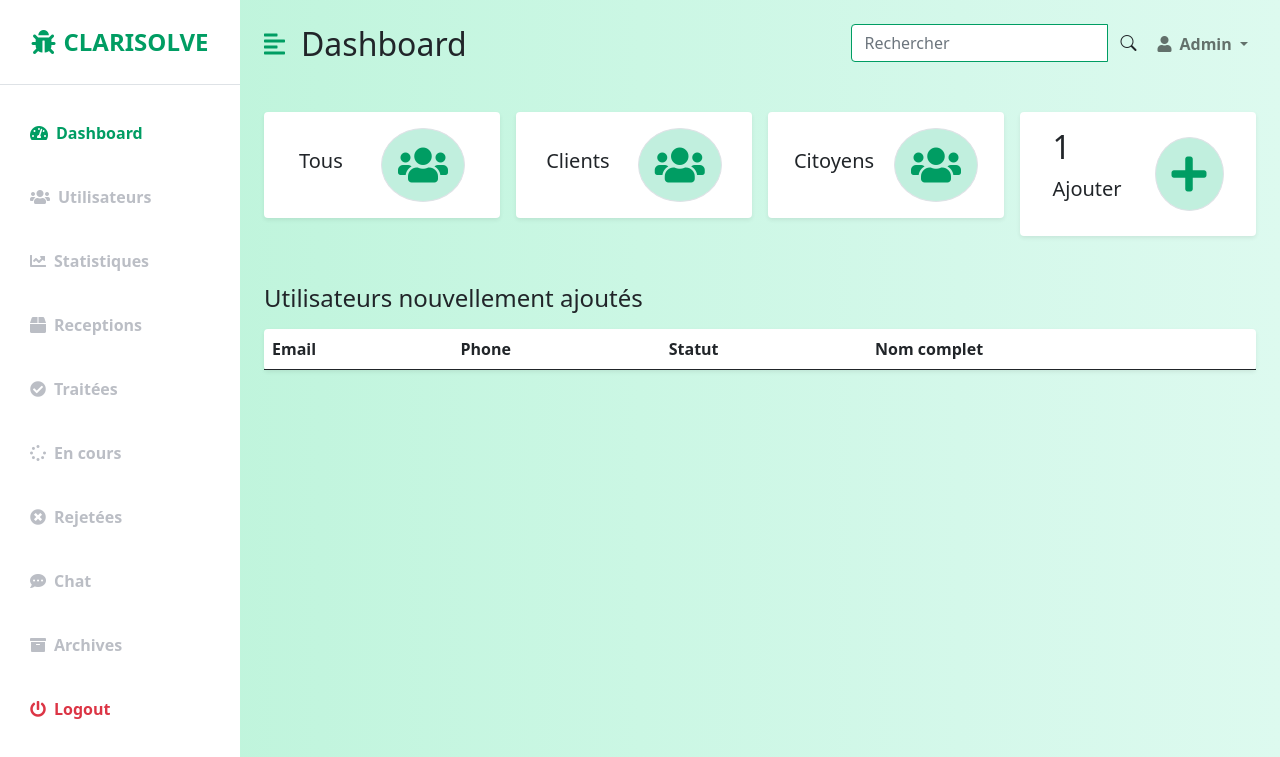
Repository: Senare1/PlaintEasy
Page: accounts/templates/accounts/users.html
These files come from the project's save history. The page is drawn as it stood at one moment and after the next save; the edit follows.
The browser window is 1280 px wide. The pictures show the whole page.
The template is drawn by Django 4.2. The application's start-up code is not run. Other server files are loaded and not shown. The template is opened directly, without the code that normally fills it, so the values that code supplies are empty.

Above is the page before, as saved 2024-07-31 07:02:47.

### accounts/templates/accounts/users.html
{% extends 'accounts/base.html' %}

{% load static %}

{% block title %} ADmin dashboard {% endblock %}
{% block content %}

<div class="container-fluid px-4">
    <div class="row g-3 my-2">
        <div class="col-md-3">
            <a href="{% url 'receiving' %}" class="text-decoration-none link-div">
                <div class="p-3 bg-white shadow-sm d-flex justify-content-around align-items-center rounded">
                    <div>
                        <h3 class="fs-2">{{ nb_total }}</h3>
                        <p class="fs-5">Tous</p>
                    </div>
                    <i class="fas fa-users fs-1 primary-text border rounded-full secondary-bg p-3"></i>
                </div>
            </a>
        </div>

        <div class="col-md-3">
            <a href="{% url 'treated' %}" class="text-decoration-none link-div">
                <div class="p-3 bg-white shadow-sm d-flex justify-content-around align-items-center rounded">
                    <div>
                        <h3 class="fs-2">{{ nb_customer }}</h3>
                        <p class="fs-5">Clients</p>
                    </div>
                    <i
                        class="fas fa-users fs-1 primary-text border rounded-full secondary-bg p-3"></i>
                </div>
            </a>
        </div>

        <div class="col-md-3">
            <a href="{% url 'running' %}" class="text-decoration-none link-div">
                <div class="p-3 bg-white shadow-sm d-flex justify-content-around align-items-center rounded">
                    <div>
                        <h3 class="fs-2">{{ nb_citizen }}</h3>
                        <p class="fs-5">Citoyens</p>
                    </div>
                    <i class="fas fa-users fs-1 primary-text border rounded-full secondary-bg p-3"></i>
                </div>
            </a>
        </div>

        <div class="col-md-3">
            <a href="{% url 'signup_user' %}" class="text-decoration-none link-div">
                <div class="p-3 bg-white shadow-sm d-flex justify-content-around align-items-center rounded">
                    <div>
                        <h3 class="fs-2">1</h3>
                        <p class="fs-5">Ajouter</p>
                    </div>
                    <i class="fas fa-plus fs-1 primary-text border rounded-full secondary-bg p-3"></i>
                </div>
            </a>
        </div>
    </div>

    <div class="row my-5">
        <h3 class="fs-4 mb-3">Utilisateurs nouvellement ajoutés</h3>
        <div class="col">
            <table class="table bg-white rounded shadow-sm  table-hover">
                <thead>
                    <tr>
                        <th scope="col">Email</th>
                        <th scope="col">Phone</th>
                        <th scope="col">Statut</th>
                        <th scope="col">Nom complet</th>
                    </tr>
                </thead>
                <tbody>
                    {% for user in users %}
                    <tr>
                        <th scope="row">{{ user.email }}</th>
                        <td>{{ user.phone }}</td>
                        <td>{{ user.status }}</td>
                        <td>{{ user.full_name }}</td>
                    </tr>
                    {% endfor %}
                </tbody>
            </table>
        </div>
    </div>
</div>
</div>
{% endblock %}

### accounts/templates/accounts/base.html
{% load static %}
<!DOCTYPE html>
<html lang="en">

<head>
    <meta charset="UTF-8" />
    <meta http-equiv="X-UA-Compatible" content="IE=edge" />
    <meta name="viewport" content="width=device-width, initial-scale=1.0" />
    <link href="https://cdn.jsdelivr.net/npm/bootstrap@5.0.0-beta3/dist/css/bootstrap.min.css" rel="stylesheet" />
    <link rel="stylesheet" href="https://cdnjs.cloudflare.com/ajax/libs/bootstrap-icons/1.10.0/font/bootstrap-icons.min.css">
    <link rel="stylesheet" href="https://cdnjs.cloudflare.com/ajax/libs/font-awesome/5.15.3/css/all.min.css" />

    <link rel="stylesheet" href="{% static 'accounts/css/style.css' %}" />
    <title>{% block title %} {% endblock %}</title>
</head>

<body>
    <div class="d-flex" id="wrapper">
        <!-- Sidebar -->
        <div class="bg-white" id="sidebar-wrapper">
            <div class="sidebar-heading text-center py-4 primary-text fs-4 fw-bold text-uppercase border-bottom"><i
                    class="fas fa-bug me-2"></i>ClariSolve</div>
            <div class="list-group list-group-flush my-3">
                <a href="{% url 'dashboard' %}" class="list-group-item list-group-item-action bg-transparent second-text active"><i
                        class="fas fa-tachometer-alt me-2"></i>Dashboard</a>
                <a href="{% url 'users' %}" class="list-group-item list-group-item-action bg-transparent second-text fw-bold"><i
                        class="fas fa-users me-2"></i>Utilisateurs</a>
                <a href="{% url 'statistics' %}" class="list-group-item list-group-item-action bg-transparent second-text fw-bold"><i
                        class="fas fa-chart-line me-2"></i>Statistiques</a>
                <a href="{% url 'receiving' %}" class="list-group-item list-group-item-action bg-transparent second-text fw-bold"><i class="fas fa-box me-2"></i>Receptions</a>
                <a href="{% url 'treated' %}" class="list-group-item list-group-item-action bg-transparent second-text fw-bold"><i
                        class="fas fa-check-circle me-2"></i>Traitées</a>
                <a href="{% url 'running' %}" class="list-group-item list-group-item-action bg-transparent second-text fw-bold"><i
                        class="fas fa-spinner me-2"></i>En cours</a>
                <a href="{% url 'rejection' %}" class="list-group-item list-group-item-action bg-transparent second-text fw-bold"><i
                        class="fas fa-times-circle me-2"></i>Rejetées</a>
                <a href="{% url 'chat' %}" class="list-group-item list-group-item-action bg-transparent second-text fw-bold"><i
                        class="fas fa-comment-dots me-2"></i>Chat</a>
                <a href="{% url 'archive' %}" class="list-group-item list-group-item-action bg-transparent second-text fw-bold"><i
                        class="fas fa-archive me-2"></i>Archives</a>
                <a href="{% url 'logout' %}" class="list-group-item list-group-item-action bg-transparent text-danger fw-bold"><i
                        class="fas fa-power-off me-2"></i>Logout</a>
            </div>
        </div>
        <!-- /#sidebar-wrapper -->

        <!-- Page Content -->
        <div id="page-content-wrapper">
            <nav class="navbar navbar-expand-lg navbar-light bg-transparent py-4 px-4">
                <div class="d-flex align-items-center">
                    <i class="fas fa-align-left primary-text fs-4 me-3" id="menu-toggle"></i>
                    <h2 class="fs-2 m-0">Dashboard</h2>
                </div>

                <button class="navbar-toggler" type="button" data-bs-toggle="collapse"
                    data-bs-target="#navbarSupportedContent" aria-controls="navbarSupportedContent"
                    aria-expanded="false" aria-label="Toggle navigation">
                    <span class="navbar-toggler-icon"></span>
                </button>

                <div class="collapse navbar-collapse" id="navbarSupportedContent">
                    <ul class="navbar-nav ms-auto mb-2 mb-lg-0">
                        <li class="navbar-item dropdown">
                            <form class="d-flex search-form myform" role="search">
                                <div class="input-group">
                                    <input type="search" class="form-control search-input" placeholder="Rechercher" aria-label="Search">
                                    <button class="btn search-button" type="submit" id="resetBtn">
                                      <i class="bi bi-search"></i>
                                    </button>
                                </div>
                            </form>
                        </li>
                        <li class="nav-item dropdown">
                            <a class="nav-link dropdown-toggle second-text fw-bold" href="#" id="navbarDropdown"
                                role="button" data-bs-toggle="dropdown" aria-expanded="false">
                                <i class="fas fa-user me-2"></i>Admin
                            </a>
                            <ul class="dropdown-menu me-2" aria-labelledby="navbarDropdown">
                                <li><a class="dropdown-item" href="{% url 'profile' %}">Profile</a></li>
                                <li><a class="dropdown-item" href="{% url 'settings' %}">Settings</a></li>
                                <li><a class="dropdown-item" href="{% url 'logout' %}">Logout</a></li>
                            </ul>
                        </li>
                    </ul>
                </div>
            </nav>
                <!-- /#page-content-wrapper -->
            {% block content %}

            {% endblock %}
        </div>
    </div>
    <script src="https://cdn.jsdelivr.net/npm/bootstrap@5.0.0-beta3/dist/js/bootstrap.bundle.min.js"></script>


    <script>
        var el = document.getElementById("wrapper");
        var toggleButton = document.getElementById("menu-toggle");

        toggleButton.onclick = function () {
            el.classList.toggle("toggled");
        };

        document.getElementById('resetBtn').addEventListener('click', function() {
            document.getElementById('myForm').reset();
        });

    </script>
</body>

</html>

### accounts/static/accounts/css/style.css
:root {
  --main-bg-color: #009d63;
  --main-text-color: #009d63;
  --second-text-color: #bbbec5;
  --second-bg-color: #c1efde;
}

.primary-text {
  color: var(--main-text-color);
}

.second-text {
  color: var(--second-text-color);
}

.primary-bg {
  background-color: var(--main-bg-color);
}

.secondary-bg {
  background-color: var(--second-bg-color);
}

.rounded-full {
  border-radius: 100%;
}

#wrapper {
  overflow-x: hidden;
  background-image: linear-gradient(
    to right,
    #baf3d7,
    #c2f5de,
    #cbf7e4,
    #d4f8ea,
    #ddfaef
  );
}

#sidebar-wrapper {
  min-height: 100vh;
  margin-left: -15rem;
  -webkit-transition: margin 0.25s ease-out;
  -moz-transition: margin 0.25s ease-out;
  -o-transition: margin 0.25s ease-out;
  transition: margin 0.25s ease-out;
}

#sidebar-wrapper .sidebar-heading {
  padding: 0.875rem 1.25rem;
  font-size: 1.2rem;
}

#sidebar-wrapper .list-group {
  width: 15rem;
}

#page-content-wrapper {
  min-width: 100vw;
}

#wrapper.toggled #sidebar-wrapper {
  margin-left: 0;
}

#menu-toggle {
  cursor: pointer;
}

.list-group-item {
  border: none;
  padding: 20px 30px;
}

.list-group-item.active {
  background-color: transparent;
  color: var(--main-text-color);
  font-weight: bold;
  border: none;
}

@media (min-width: 768px) {
  #sidebar-wrapper {
    margin-left: 0;
  }

  #page-content-wrapper {
    min-width: 0;
    width: 100%;
  }

  #wrapper.toggled #sidebar-wrapper {
    margin-left: -15rem;
  }
}


.link-div ,.link-div:hover{
  color: inherit;
}

.form-control {
  border: 1px solid #009d63;
}

After the next save:
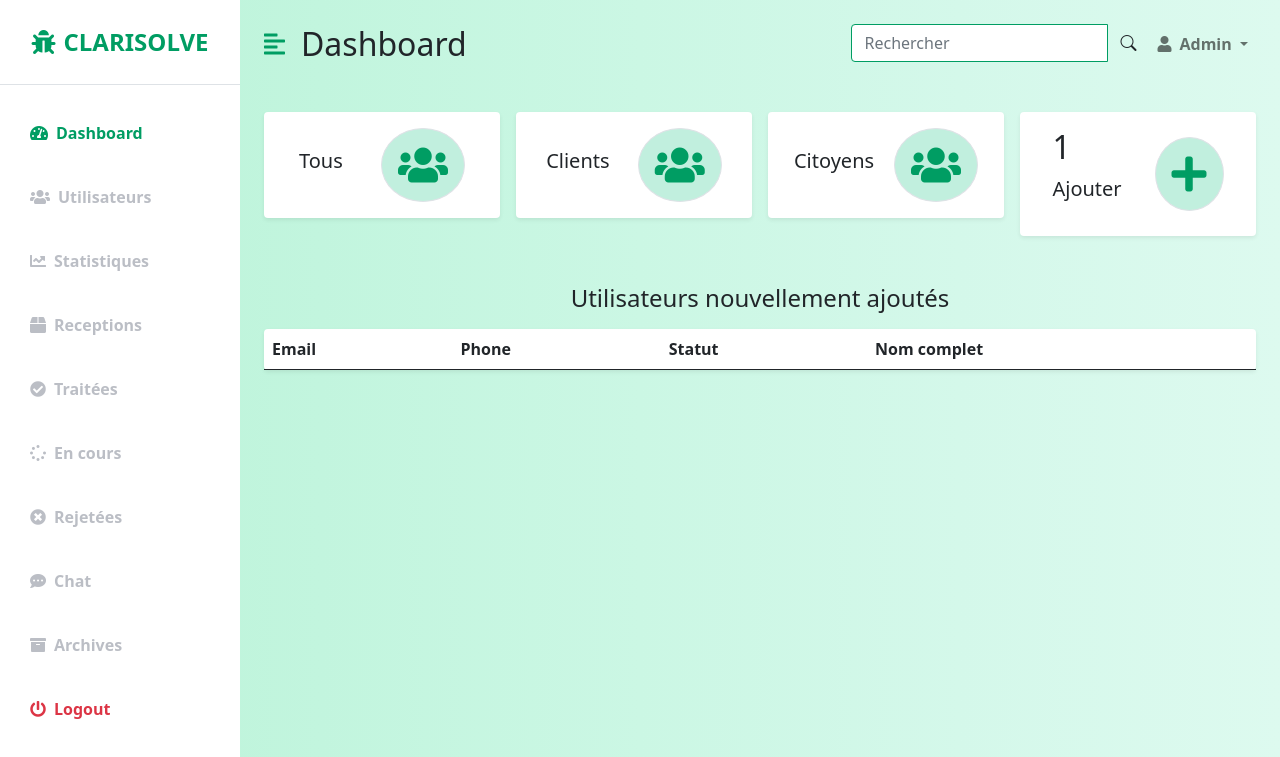
Saved 67 s later.
--- a/accounts/templates/accounts/users.html
+++ b/accounts/templates/accounts/users.html
@@ -58,7 +58,7 @@
     </div>
 
     <div class="row my-5">
-        <h3 class="fs-4 mb-3">Utilisateurs nouvellement ajoutés</h3>
+        <h3 class="fs-4 mb-3 text-center">Utilisateurs nouvellement ajoutés</h3>
         <div class="col">
             <table class="table bg-white rounded shadow-sm  table-hover">
                 <thead>
